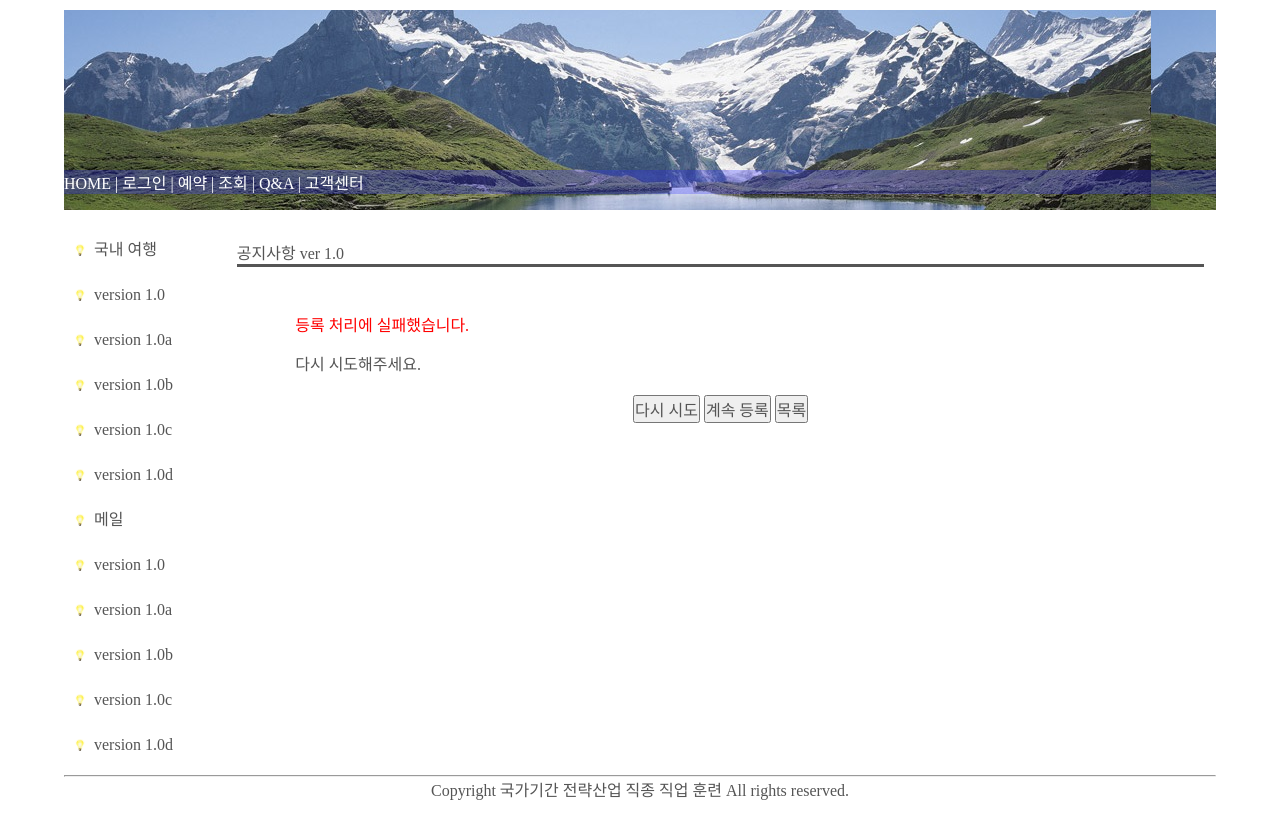
Repository: jangky000/ai_web
Page: http://localhost/blog_v2jc/mail_app/create_proc.jsp
The author's editor kept a copy of each file at every save. The page is drawn from the files as they stood at one save, then again after the next save.
The browser window is 1280 px wide. The pictures show the whole page.
The page is served by Tomcat 9. Queries for data that is not in the repository find no rows.

Above is the page before, as saved 2020-03-27 05:38:22.

After the next save:
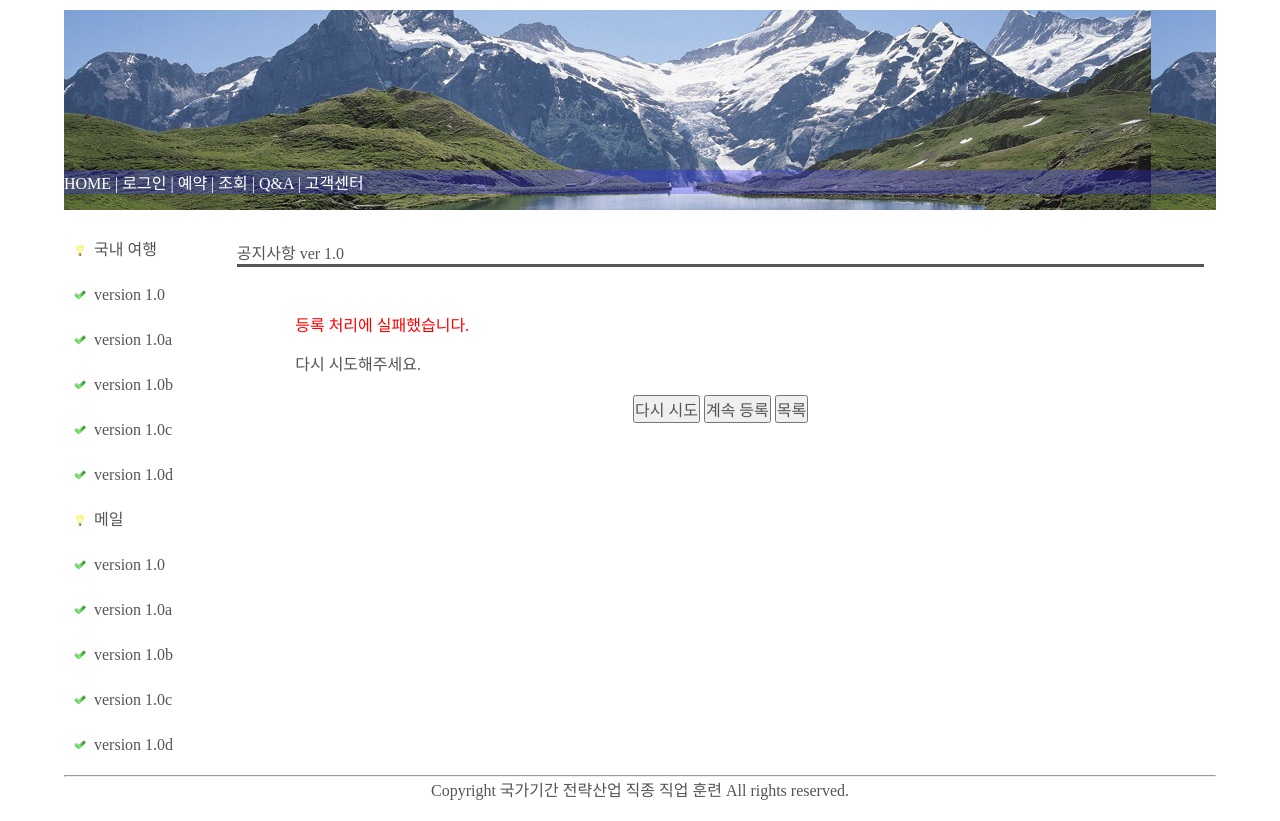
Saved 3 s later.
--- a/ws__frame/blog_v2jc/WebContent/css/style.css
+++ b/ws__frame/blog_v2jc/WebContent/css/style.css
@@ -228,7 +228,7 @@
   .li_left_menu_2{/* 화면 좌측 중분류 */
     list-style: none;
     margin: 15px 10px;
-    background: url(./images/li_left_menu_1.png) left center no-repeat; /* url 왼쪽 중간 반복x */
+    background: url(./images/li_left_menu_2.png) left center no-repeat; /* url 왼쪽 중간 반복x */
     background-size: 12px;
     padding-left: 20px;
     line-height: 30px;
